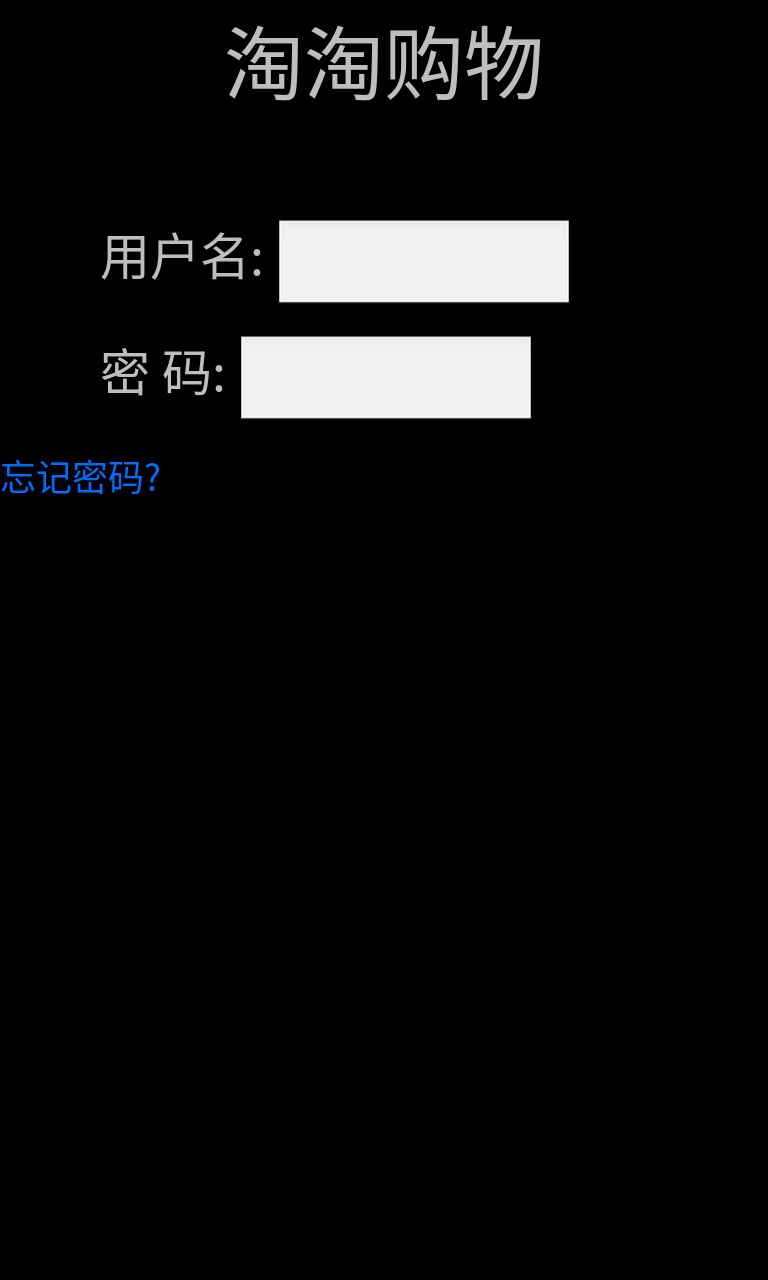
Repository: jcyfkimi/Android-TaoTao
Layout: TaoTao/res/layout/login.xml
These files come from the project's save history. The layout is drawn as it stood at one moment and after the next save; the edit follows.
It is drawn on a 768 x 1280 px phone screen (xhdpi) without system bars, with theme android:Theme; the app's code is not run.

Above is the layout before, as saved 2011-09-13 06:27:46.

After the next save:
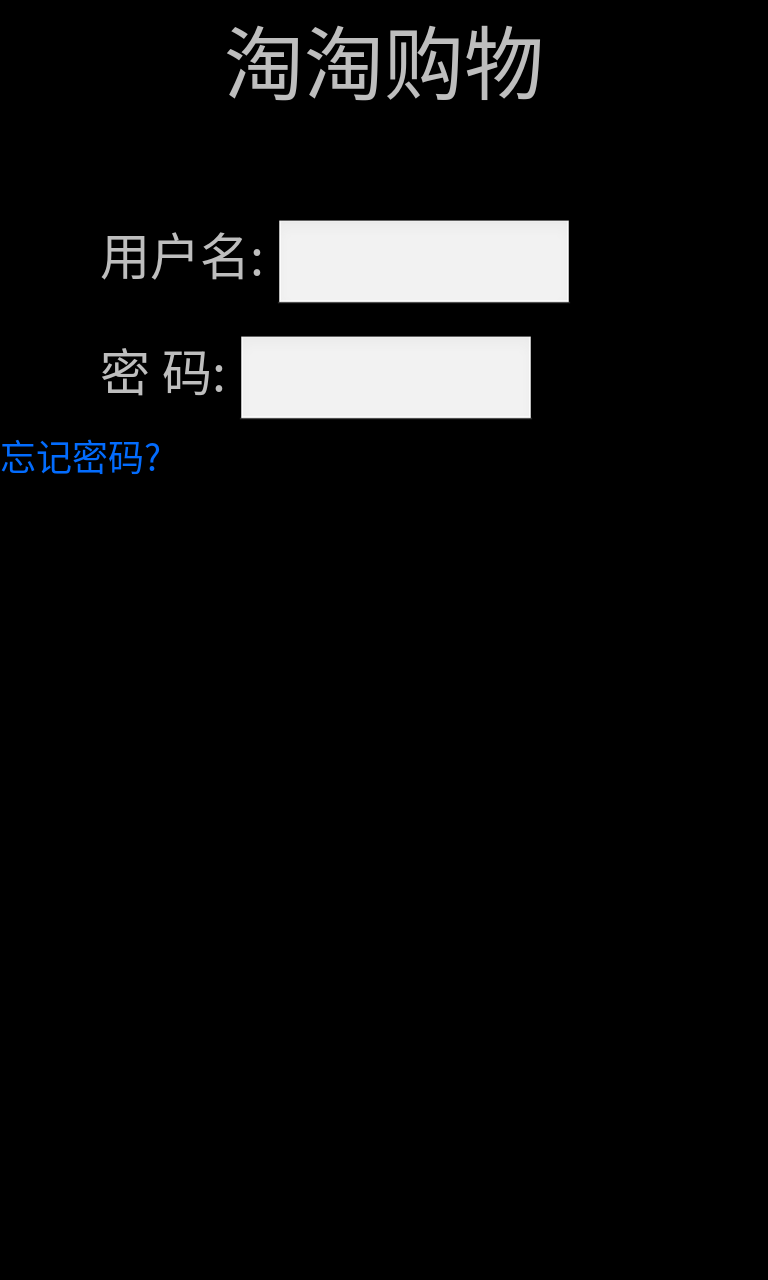
Saved 17 s later.
--- a/TaoTao/res/layout/login.xml
+++ b/TaoTao/res/layout/login.xml
@@ -58,6 +58,7 @@
 	    	android:text="@string/forgetpass"
 	    	android:textSize="18dip"
 	    	android:textColor="#036CFE"
+	    	android:layout_gravity="right"
 	    	/>
 
 	    </LinearLayout>

After the 4 saves that followed:
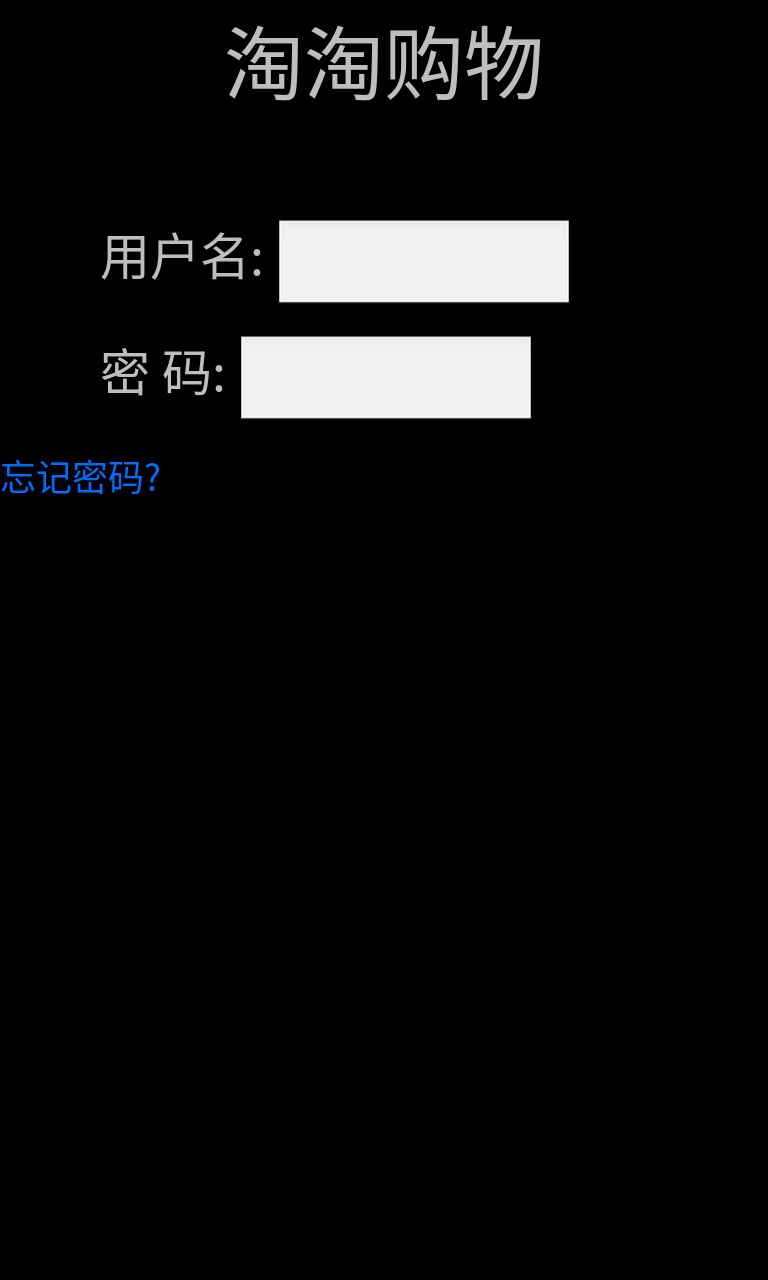
The 4 saves are shown as one change because 3 left the picture as it was.
The last was saved 98 s later.
--- a/TaoTao/res/layout/login.xml
+++ b/TaoTao/res/layout/login.xml
@@ -54,11 +54,11 @@
 	    >
 	    <TextView android:layout_width="wrap_content"
 	    	android:layout_height="wrap_content"
+	    	android:gravity="center_horizontal"
 	    	android:layout_marginTop="10dip"
 	    	android:text="@string/forgetpass"
 	    	android:textSize="18dip"
 	    	android:textColor="#036CFE"
-	    	android:layout_gravity="right"
 	    	/>
 
 	    </LinearLayout>
